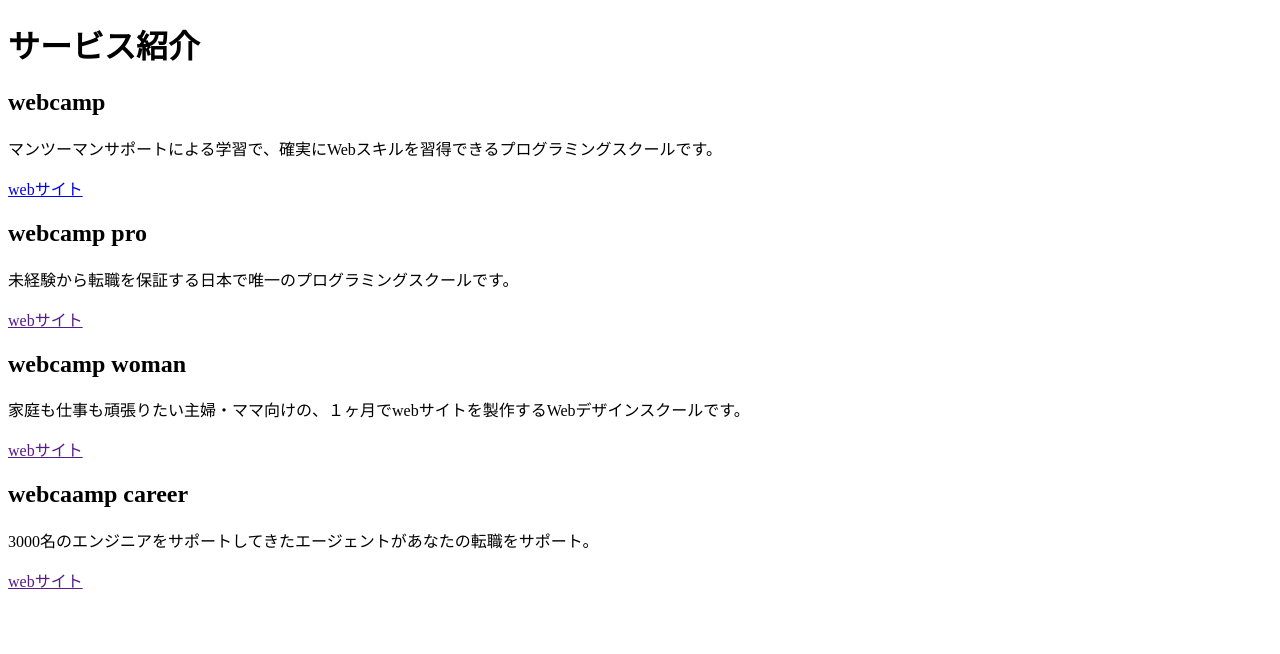
Repository: katayama-Web/html-practice
Page: exsersize/htmlfile.html
The author's editor kept a record of every edit. The page is drawn from the files as they stood at one moment, then again after the next edit.
The browser window is 1280 px wide. The pictures show the whole page.

Above is the page before.

After the next edit:
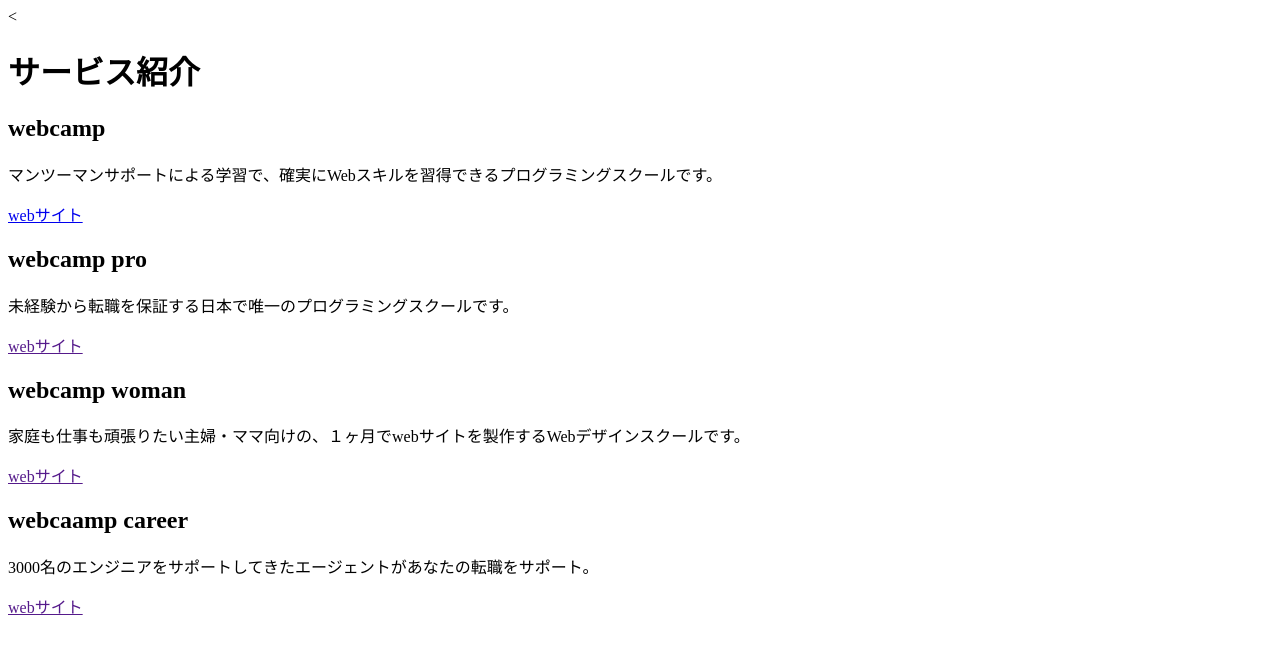
The edit:
--- a/exsersize/htmlfile.html
+++ b/exsersize/htmlfile.html
@@ -6,7 +6,7 @@
     <link rel="stylesheet" href="cssfile.css"/>
   <head>
 
-</head>
+<
     <h1>サービス紹介</h1>
     <h2>webcamp</h2>
     <p>マンツーマンサポートによる学習で、確実にWebスキルを習得できるプログラミングスクールです。</p>

After the 2 edits that followed:
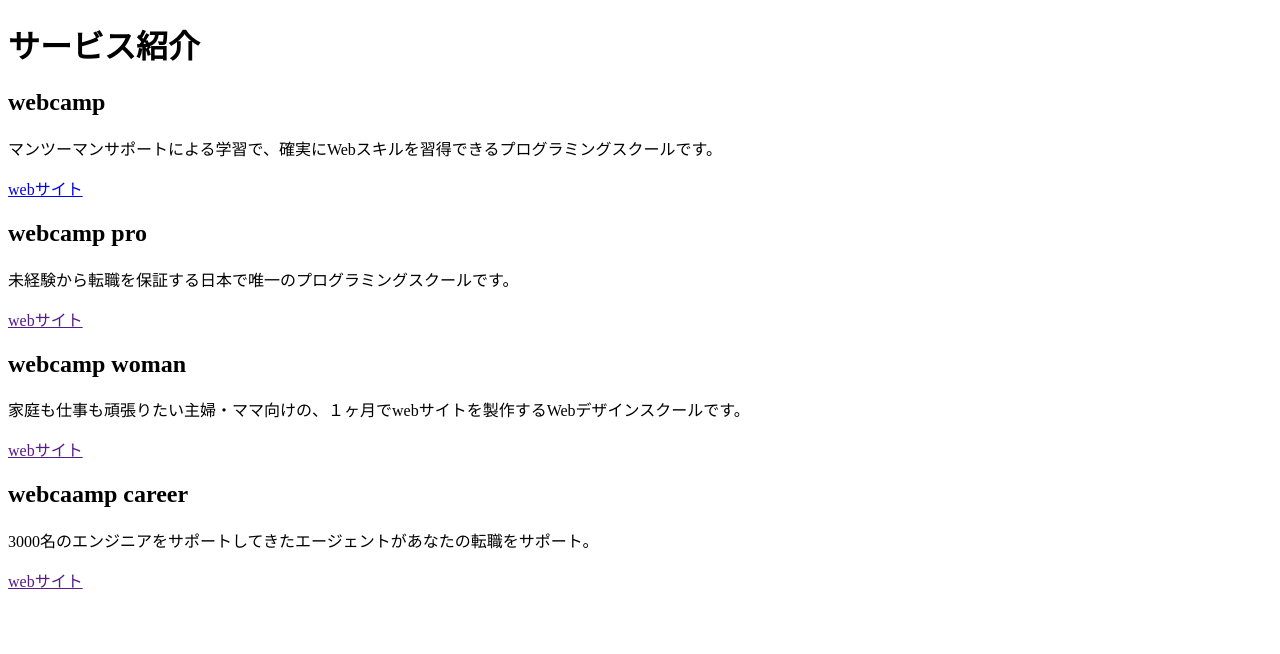
The 2 edits are shown as one change because 1 left the picture as it was.
The edit:
--- a/exsersize/htmlfile.html
+++ b/exsersize/htmlfile.html
@@ -4,9 +4,9 @@
     <meta charset="UTF-8" />
     <title>初めてのHTML</title>
     <link rel="stylesheet" href="cssfile.css"/>
-  <head>
+  </head>
 
-<
+<body>
     <h1>サービス紹介</h1>
     <h2>webcamp</h2>
     <p>マンツーマンサポートによる学習で、確実にWebスキルを習得できるプログラミングスクールです。</p>
